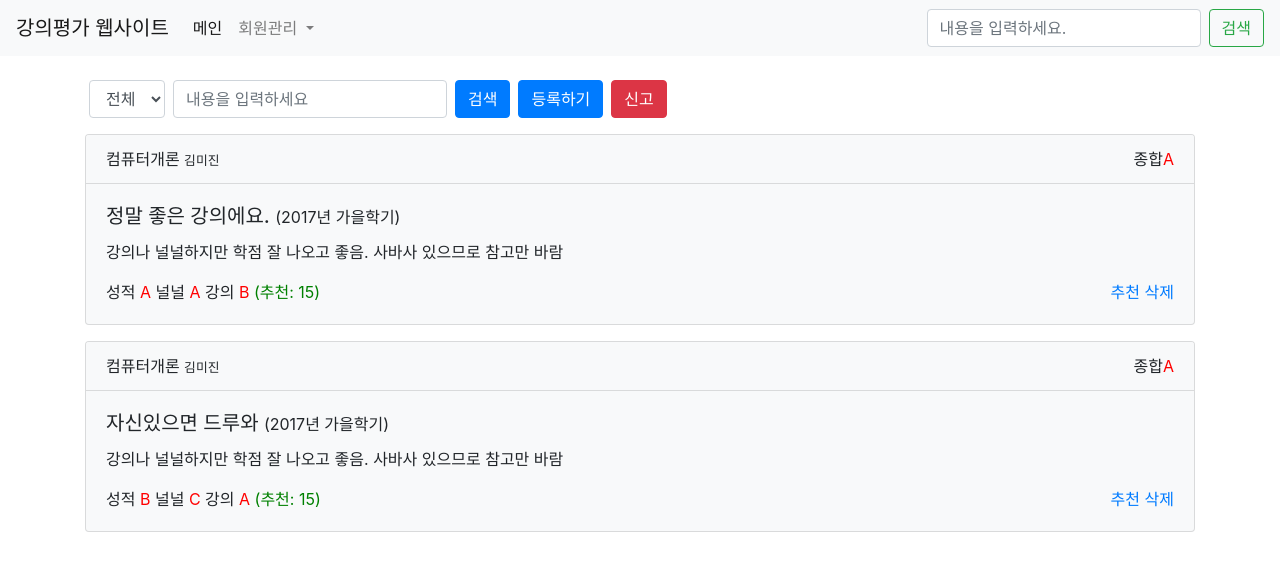
Repository: mijin99/lecture-evaluation
Page: http://localhost/Lecture_Evaluation/
The author's editor kept a copy of each file at every save. The page is drawn from the files as they stood at one save, then again after the next save.
The browser window is 1280 px wide. The pictures show the whole page.
The page is served by Tomcat 9.

Above is the page before, as saved 2020-12-24 17:29:54.

After the next save:
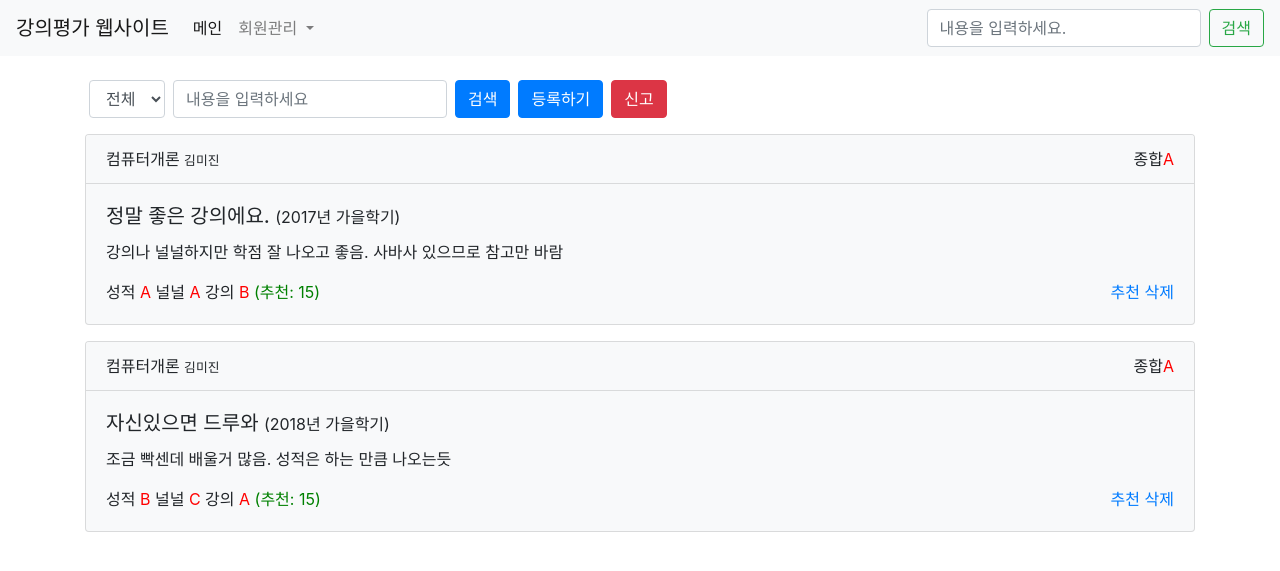
Saved 29 s later.
--- a/Lecture Evaluation/WebContent/index.jsp
+++ b/Lecture Evaluation/WebContent/index.jsp
@@ -120,9 +120,9 @@
 			<!-- 카드 바디부분 -->
 			<div class="card-body">
 				<h5 class="card-title">
-					자신있으면 드루와&nbsp;<small>(2017년 가을학기)</small>
+					자신있으면 드루와&nbsp;<small>(2018년 가을학기)</small>
 				</h5>
-				<p class="card-text">강의나 널널하지만 학점 잘 나오고 좋음. 사바사 있으므로 참고만 바람
+				<p class="card-text">조금 빡센데 배울거 많음. 성적은 하는 만큼 나오는듯
 				<div class="row">
 					<div class="col-9 text-left">
 						성적 <span style="color :red;"> B</span>
